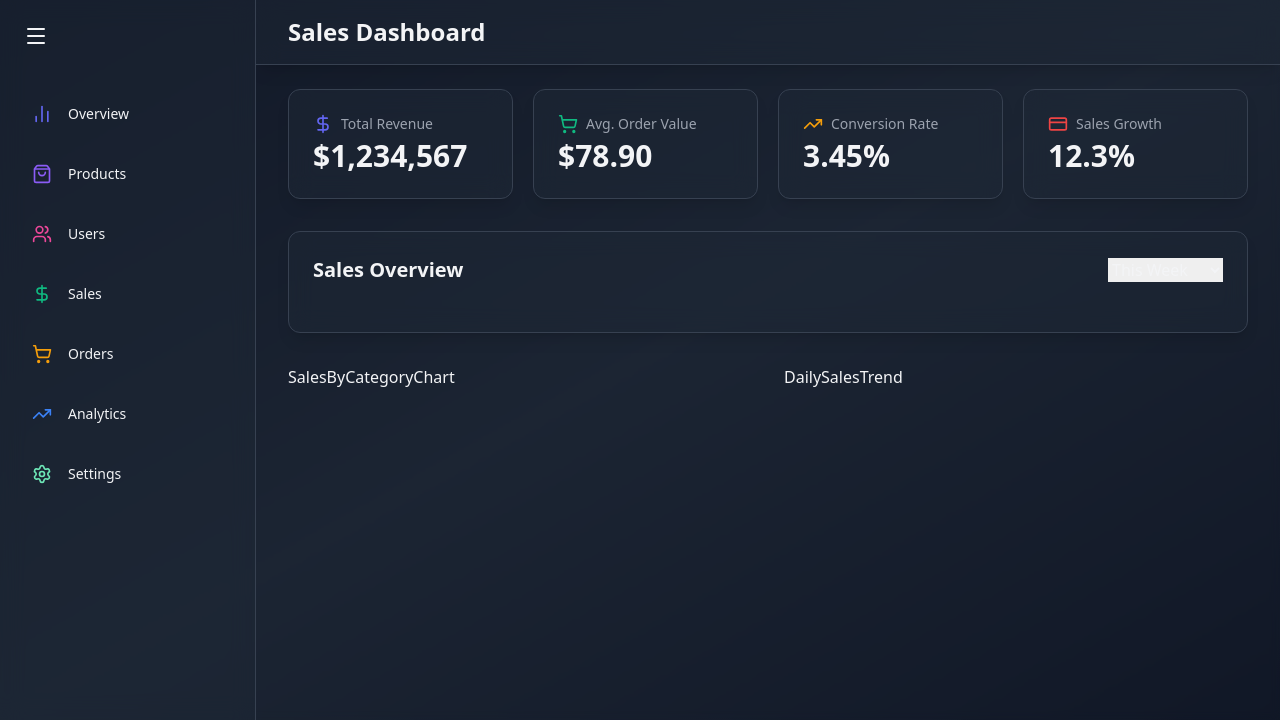
Repository: Abdirabi11/React-dashboard
Page: /sales
These files come from the project's save history. The page is drawn as it stood at one moment and after the next save; the edit follows.
The browser window is 1280 px wide. The pictures show the whole page.
The project was rebuilt for these pictures with package versions that can differ from the ones it lists, and the page was loaded fresh each time. Also part of the build but not shown: vite.config.js, src/components/overview/SalesOverviewChart.jsx, src/components/overview/CategoryDistributionChart.jsx, src/components/overview/SalesChannelChart.jsx, src/pages/OverviewPage.jsx, src/components/products/SalesTrendChart.jsx, src/components/products/ProductsTable.jsx, src/pages/ProductsPage.jsx and 8 more.

Above is the page before, as saved 2025-07-19 08:23:22.

### src/components/common/Sidebar.jsx
import { BarChart2, DollarSign, Menu, Settings, ShoppingBag, ShoppingCart, TrendingUp, Users } from "lucide-react";
import { useState } from "react";
import { AnimatePresence, motion } from "framer-motion";
import { Link } from "react-router-dom";

const SIDEBAR_ITEMS = [
	{
		name: "Overview",
		icon: BarChart2,
		color: "#6366f1",
		href: "/",
	},
	{ name: "Products", icon: ShoppingBag, color: "#8B5CF6", href: "/products" },
	{ name: "Users", icon: Users, color: "#EC4899", href: "/users" },
	{ name: "Sales", icon: DollarSign, color: "#10B981", href: "/sales" },
	{ name: "Orders", icon: ShoppingCart, color: "#F59E0B", href: "/orders" },
	{ name: "Analytics", icon: TrendingUp, color: "#3B82F6", href: "/analytics" },
	{ name: "Settings", icon: Settings, color: "#6EE7B7", href: "/settings" },
];

const Sidebar = () => {
	const [isSidebarOpen, setIsSidebarOpen] = useState(true);

	return (
		<motion.div
			className={`relative z-10 transition-all duration-300 ease-in-out flex-shrink-0 ${
				isSidebarOpen ? "w-64" : "w-20"
			}`}
			animate={{ width: isSidebarOpen ? 256 : 80 }}
		>
			<div className='h-full bg-gray-800 bg-opacity-50 backdrop-blur-md p-4 flex flex-col border-r border-gray-700'>
				<motion.button
					whileHover={{ scale: 1.1 }}
					whileTap={{ scale: 0.9 }}
					onClick={() => setIsSidebarOpen(!isSidebarOpen)}
					className='p-2 rounded-full hover:bg-gray-700 transition-colors max-w-fit'
				>
					<Menu size={24} />
				</motion.button>

				<nav className='mt-8 flex-grow'>
					{SIDEBAR_ITEMS.map((item) => (
						<Link key={item.href} to={item.href}>
							<motion.div className='flex items-center p-4 text-sm font-medium rounded-lg hover:bg-gray-700 transition-colors mb-2'>
								<item.icon size={20} style={{ color: item.color, minWidth: "20px" }} />
								<AnimatePresence>
									{isSidebarOpen && (
										<motion.span
											className='ml-4 whitespace-nowrap'
											initial={{ opacity: 0, width: 0 }}
											animate={{ opacity: 1, width: "auto" }}
											exit={{ opacity: 0, width: 0 }}
											transition={{ duration: 0.2, delay: 0.3 }}
										>
											{item.name}
										</motion.span>
									)}
								</AnimatePresence>
							</motion.div>
						</Link>
					))}
				</nav>
			</div>
		</motion.div>
	);
};
export default Sidebar;

### src/pages/SalesPage.jsx
import { motion } from "framer-motion";
import { CreditCard, DollarSign, ShoppingCart, TrendingUp } from "lucide-react";
import Header from "../components/common/Header";
import StatCard from "../components/common/StatCard";
import DailySalesTrend from "../components/sales/DailySalesTrend";
import SalesByCategoryChart from "../components/sales/SalesByCategoryChart";
import SalesOverviewChart from "../components/sales/SalesOverviewChart";

const salesStats = {
	totalRevenue: "$1,234,567",
	averageOrderValue: "$78.90",
	conversionRate: "3.45%",
	salesGrowth: "12.3%",
};

const SalesPage = () => {
	return (
		<div className="flex-1 overflow-auto relative z-10">
			<Header title='Sales Dashboard' />
			<main className="max-w-7xl mx-auto py-6 px-4 lg:px-8">
				<motion.div
				 className='grid grid-cols-1 gap-5 sm:grid-cols-2 lg:grid-cols-4 mb-8'
				 initial={{ opacity: 0, y: 20 }}
				 animate={{ opacity: 1, y: 0 }}
				 transition={{ duration: 1 }}
				>
					<StatCard
						name='Total Revenue'
						icon={DollarSign}
						value={salesStats.totalRevenue}
						color='#6366F1'
					/>
					<StatCard
						name='Avg. Order Value'
						icon={ShoppingCart}
						value={salesStats.averageOrderValue}
						color='#10B981'
					/>
					<StatCard
						name='Conversion Rate'
						icon={TrendingUp}
						value={salesStats.conversionRate}
						color='#F59E0B'
					/>
					<StatCard name='Sales Growth' icon={CreditCard} value={salesStats.salesGrowth} color='#EF4444' />
				</motion.div>
				<SalesOverviewChart />
				<div className="grid grid-cols-1 lg:grid-cols-2 gap-8 mb-8">
					<SalesByCategoryChart />
					<DailySalesTrend />
				</div>
			</main>
		</div>
	);
};
export default SalesPage;

### src/components/sales/DailySalesTrend.jsx
import React from 'react'

const DailySalesTrend = () => {
  return (
    <div>DailySalesTrend</div>
  )
}

export default DailySalesTrend

### src/components/sales/SalesByCategoryChart.jsx
import React from 'react'

const SalesByCategoryChart = () => {
  return (
    <div>SalesByCategoryChart</div>
  )
}

export default SalesByCategoryChart

### src/components/sales/SalesOverviewChart.jsx
import { motion } from 'framer-motion';
import React, { useState } from 'react'

const monthlySalesData = [
	{ month: "Jan", sales: 4000 },
	{ month: "Feb", sales: 3000 },
	{ month: "Mar", sales: 5000 },
	{ month: "Apr", sales: 4500 },
	{ month: "May", sales: 6000 },
	{ month: "Jun", sales: 5500 },
	{ month: "Jul", sales: 7000 },
];

const SalesOverviewChart = () => {
    const [selectedTimeRange, setSelectedTimeRange] = useState("This Month");
  return (
    <motion.div
        className='bg-gray-800 bg-opacity-50 backdrop-blur-md shadow-lg rounded-xl p-6 border border-gray-700 mb-8'
        initial={{ opacity: 0, y: 20 }}
        animate={{ opacity: 1, y: 0 }}
        transition={{ delay: 0.2 }}
    >
        <div className='flex items-center justify-between mb-6'>
            <h2 className='text-xl font-semibold text-gray-100'>Sales Overview</h2>
            <select>
                <option>This Week</option>
                <option>This Month</option>
                <option>This Quarter</option>
                <option>This Year</option>
            </select>
        </div>
    </motion.div>
  )
}

export default SalesOverviewChart

Loaded but not shown: index.html (common file); src/main.jsx (common file); src/App.jsx (common file); src/index.css (common file); src/components/common/Header.jsx (common file); src/components/common/StatCard.jsx (common file); tailwind.config.js (common file)

After the next save:
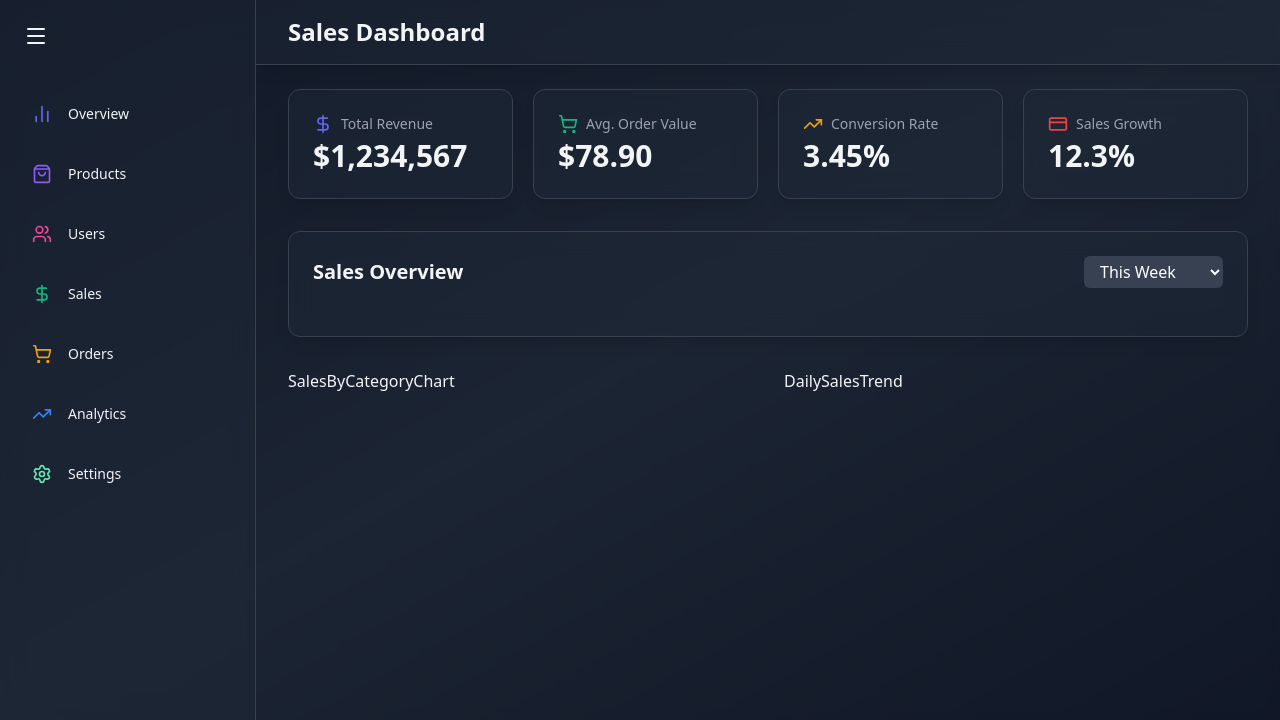
Saved 25 s later.
--- a/src/components/sales/SalesOverviewChart.jsx
+++ b/src/components/sales/SalesOverviewChart.jsx
@@ -22,7 +22,10 @@ const SalesOverviewChart = () => {
     >
         <div className='flex items-center justify-between mb-6'>
             <h2 className='text-xl font-semibold text-gray-100'>Sales Overview</h2>
-            <select>
+            <select
+             className= "bg-gray-700 text-white rounded-md px-3 py-1 focus:outline-none focus:ring-2
+             focus:ring-blue-500"
+            >
                 <option>This Week</option>
                 <option>This Month</option>
                 <option>This Quarter</option>
